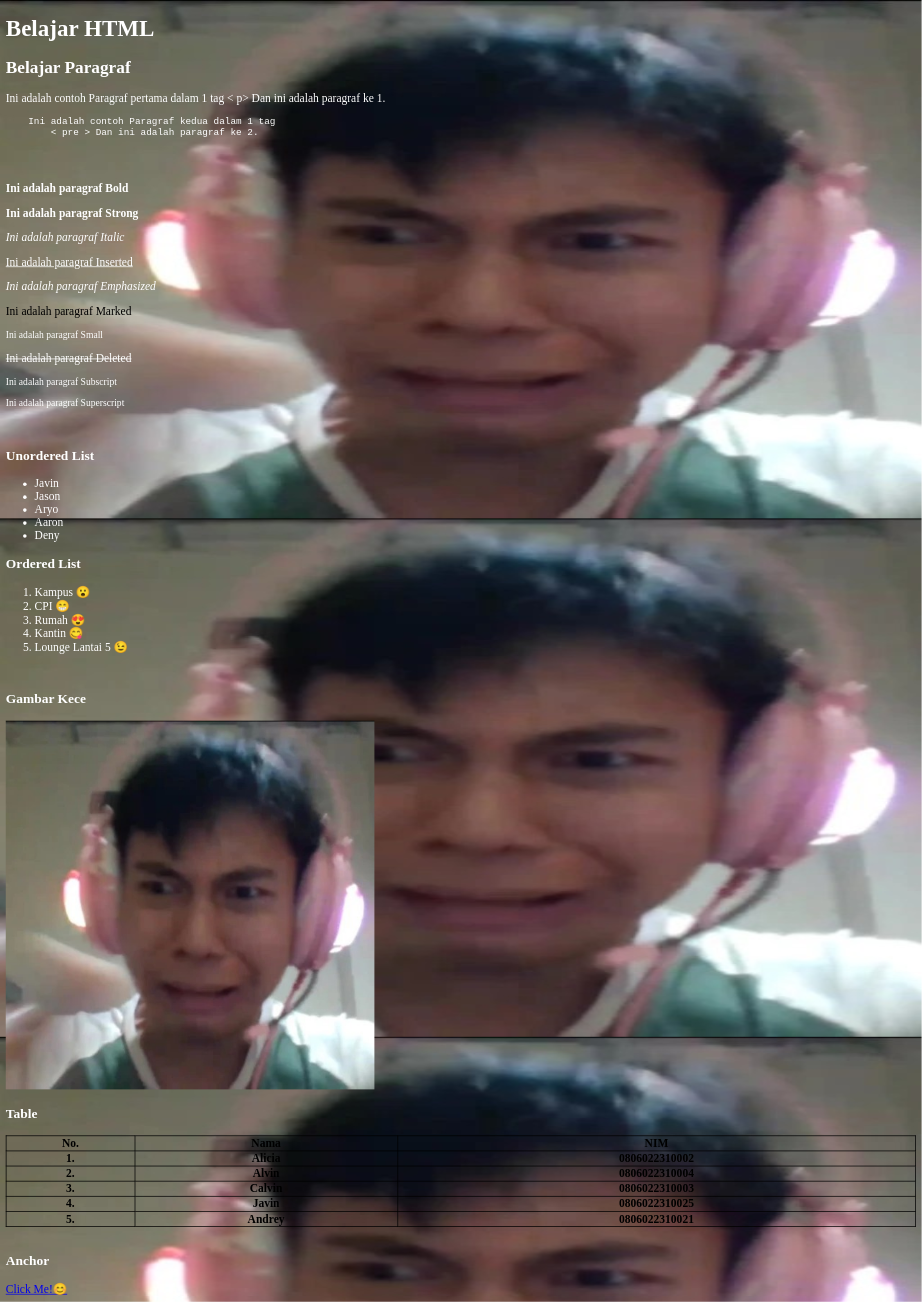
Repository: Gibekkk/WebPro
Page: Tugas HTML 1/index.html
These files come from the project's save history. The page is drawn as it stood at one moment and after the next save; the edit follows.
The browser window is 1280 px wide. The pictures show the whole page, at 72% of full size.
Backgrounds fixed to the window are drawn as part of the page.

Above is the page before, as saved 2024-03-25 10:42:47.

### Tugas HTML 1/index.html
<!DOCTYPE html>
<html lang="en">

<head>
    <meta charset="UTF-8">
    <meta name="viewport" content="width=device-width, initial-scale=1.0">
    <title>Document</title>
    <style>
        table,
        td,
        tr,
        th {
            border: 1px solid black;
            color: black;
            font-weight: 600;
            border-collapse: collapse;
        }

        table {
            width: 100%;
            text-align: center;
        }
    </style>
</head>

<body style="background-image: url(javin.jpg); background-repeat: no-repeat; background-size: 100%; background-attachment: fixed; color: white;">
    <h1>Belajar HTML</h1>
    <h2>Belajar Paragraf</h2>
    <p>Ini adalah contoh Paragraf pertama dalam 1 tag
        < p> Dan ini adalah paragraf ke 1.</p>
    <pre>
    Ini adalah contoh Paragraf kedua dalam 1 tag
        < pre > Dan ini adalah paragraf ke 2.
    </pre>
    <br>

    <b>
        <p>Ini adalah paragraf Bold</p>
    </b>
    <strong>
    <p>Ini adalah paragraf Strong</p>
    </strong>
    <i>
    <p>Ini adalah paragraf Italic</p>
    </i>
    <ins>
    <p>Ini adalah paragraf Inserted</p>
    </ins>
    <em>
    <p>Ini adalah paragraf Emphasized</p>
    </em>
    <mark>
        <p>Ini adalah paragraf Marked</p>
    </mark>
    <small>
        <p>Ini adalah paragraf Small</p>
    </small>
    <del>
        <p>Ini adalah paragraf Deleted</p>
    </del>
    <sub>
        <p>Ini adalah paragraf Subscript</p>
    </sub>
    <sup>
        <p>Ini adalah paragraf Superscript</p>
    </sup>
    <br>

    <h3>Unordered List</h3>
    <ul>
        <li>Javin</li>
        <li>Jason</li>
        <li>Aryo</li>
        <li>Aaron</li>
        <li>Deny</li>
    </ul>
    <h3>Ordered List</h3>
    <ol>
        <li>Kampus 😮</li>
        <li>CPI 😁</li>
        <li>Rumah 😍</li>
        <li>Kantin 😋</li>
        <li>Lounge Lantai 5 😉</li>
    </ol>
    <br>

    <h3>Gambar Kece</h3>
    <img src="javin.jpg" alt="Javin" title="Javin">
    <br>

    <h3>Table</h3>
    <table>
        <tr>
            <th>No.</th>
            <th>Nama</th>
            <th>NIM</th>
        </tr>
        <tr>
            <td>1.</td>
            <td>Alicia</td>
            <td>0806022310002</td>
        </tr>
        <tr>
            <td>2.</td>
            <td>Alvin</td>
            <td>0806022310004</td>
        </tr>
        <tr>
            <td>3.</td>
            <td>Calvin</td>
            <td>0806022310003</td>
        </tr>
        <tr>
            <td>4.</td>
            <td>Javin</td>
            <td>0806022310025</td>
        </tr>
        <tr>
            <td>5.</td>
            <td>Andrey</td>
            <td>0806022310021</td>
        </tr>
    </table>
    <br>

    <h3>Anchor</h3>
    <a href="https://tv.lk21official.mom/">Click Me!😊</a>
</body>

</html>

After the next save:
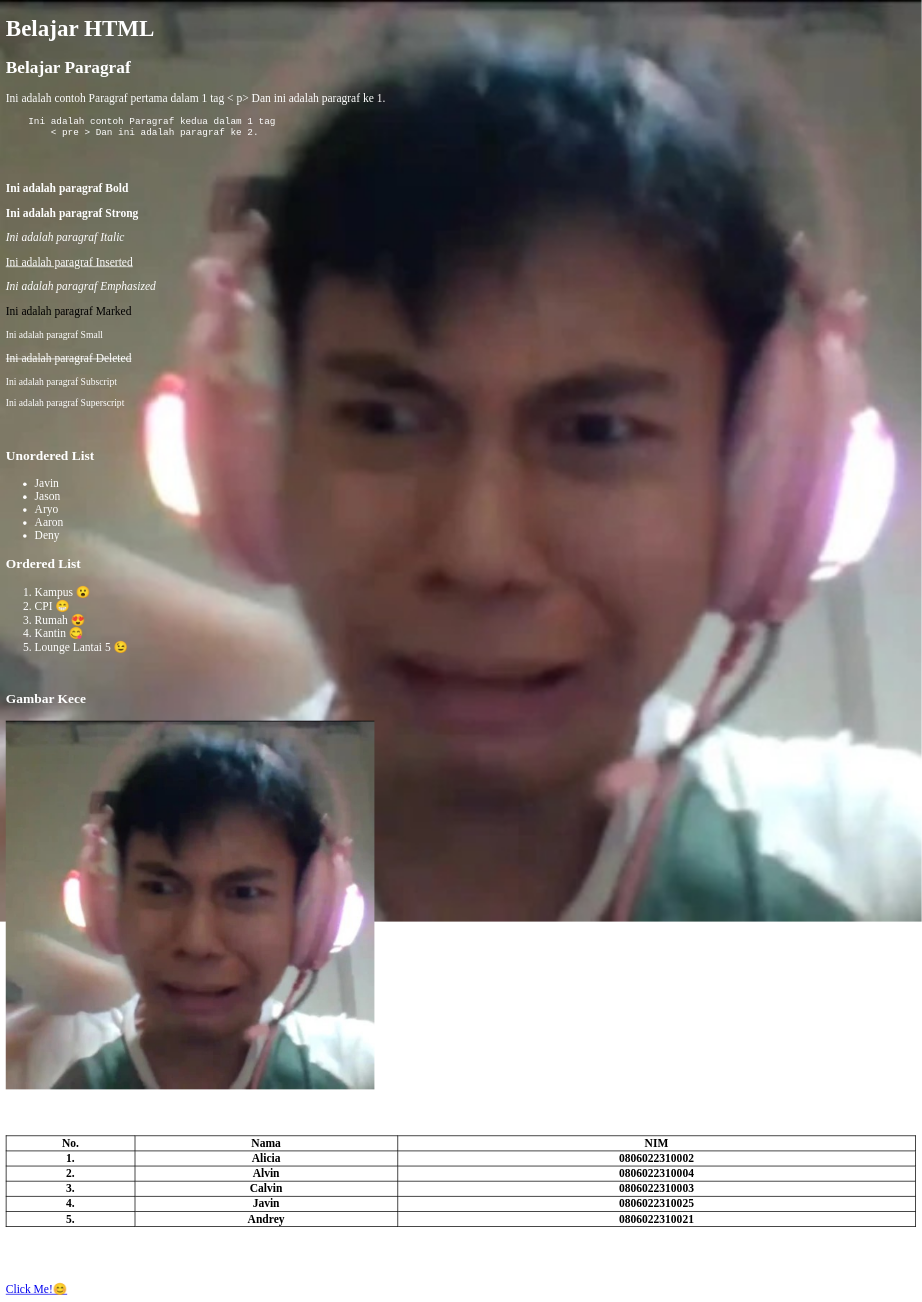
Saved 5 s later.
--- a/Tugas HTML 1/index.html
+++ b/Tugas HTML 1/index.html
@@ -23,7 +23,7 @@
     </style>
 </head>
 
-<body style="background-image: url(javin.jpg); background-repeat: no-repeat; background-size: 100%; background-attachment: fixed; color: white;">
+<body style="background-image: url(javin.jpg); background-repeat: no-repeat; background-size: 100%; background-attachment: sticky; color: white;">
     <h1>Belajar HTML</h1>
     <h2>Belajar Paragraf</h2>
     <p>Ini adalah contoh Paragraf pertama dalam 1 tag

After the save that followed:
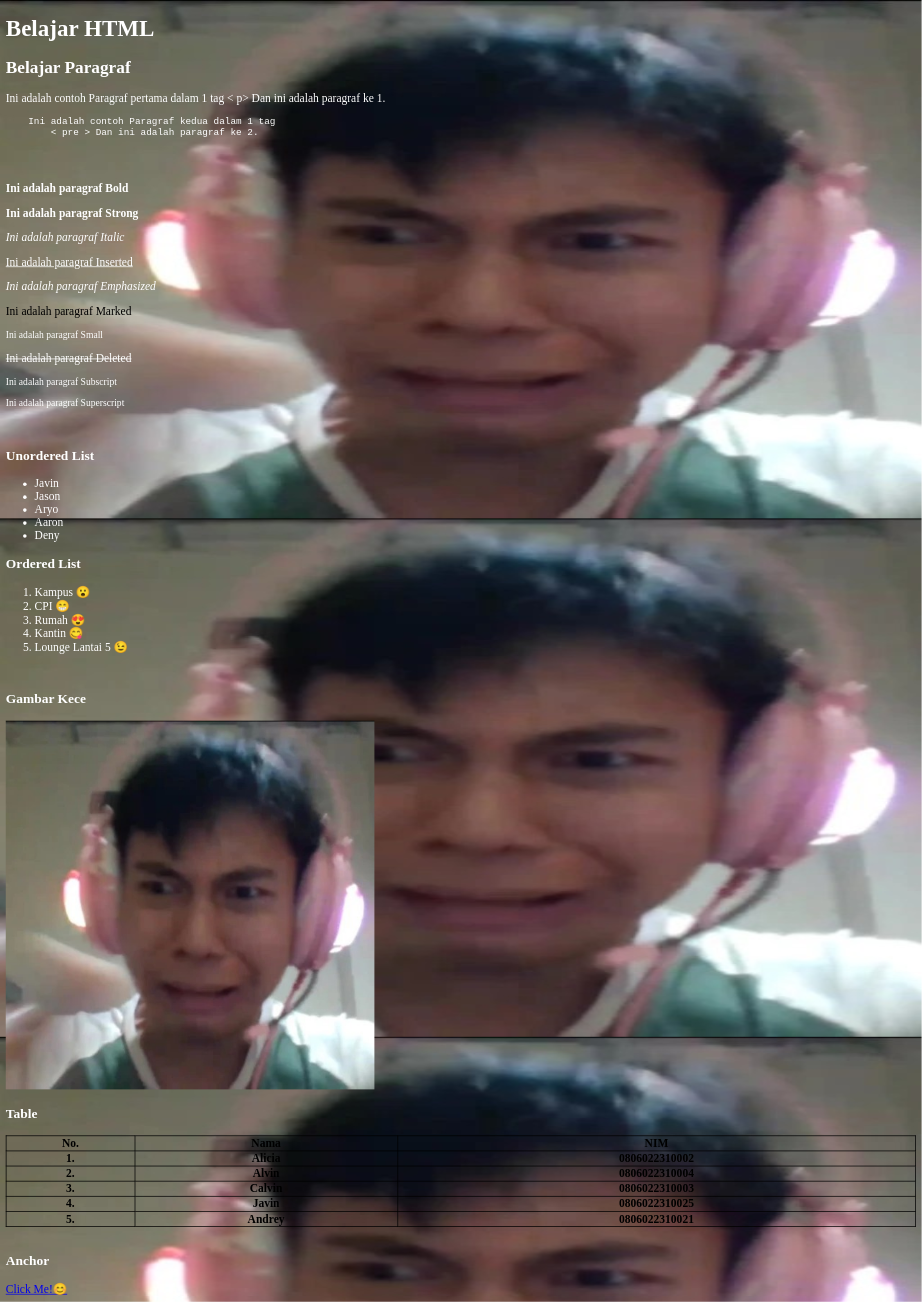
Saved 39 s later.
--- a/Tugas HTML 1/index.html
+++ b/Tugas HTML 1/index.html
@@ -23,7 +23,7 @@
     </style>
 </head>
 
-<body style="background-image: url(javin.jpg); background-repeat: no-repeat; background-size: 100%; background-attachment: sticky; color: white;">
+<body style="background-image: url(javin.jpg); background-repeat: no-repeat; background-size: 100%; background-attachment: fixed; color: white;">
     <h1>Belajar HTML</h1>
     <h2>Belajar Paragraf</h2>
     <p>Ini adalah contoh Paragraf pertama dalam 1 tag
